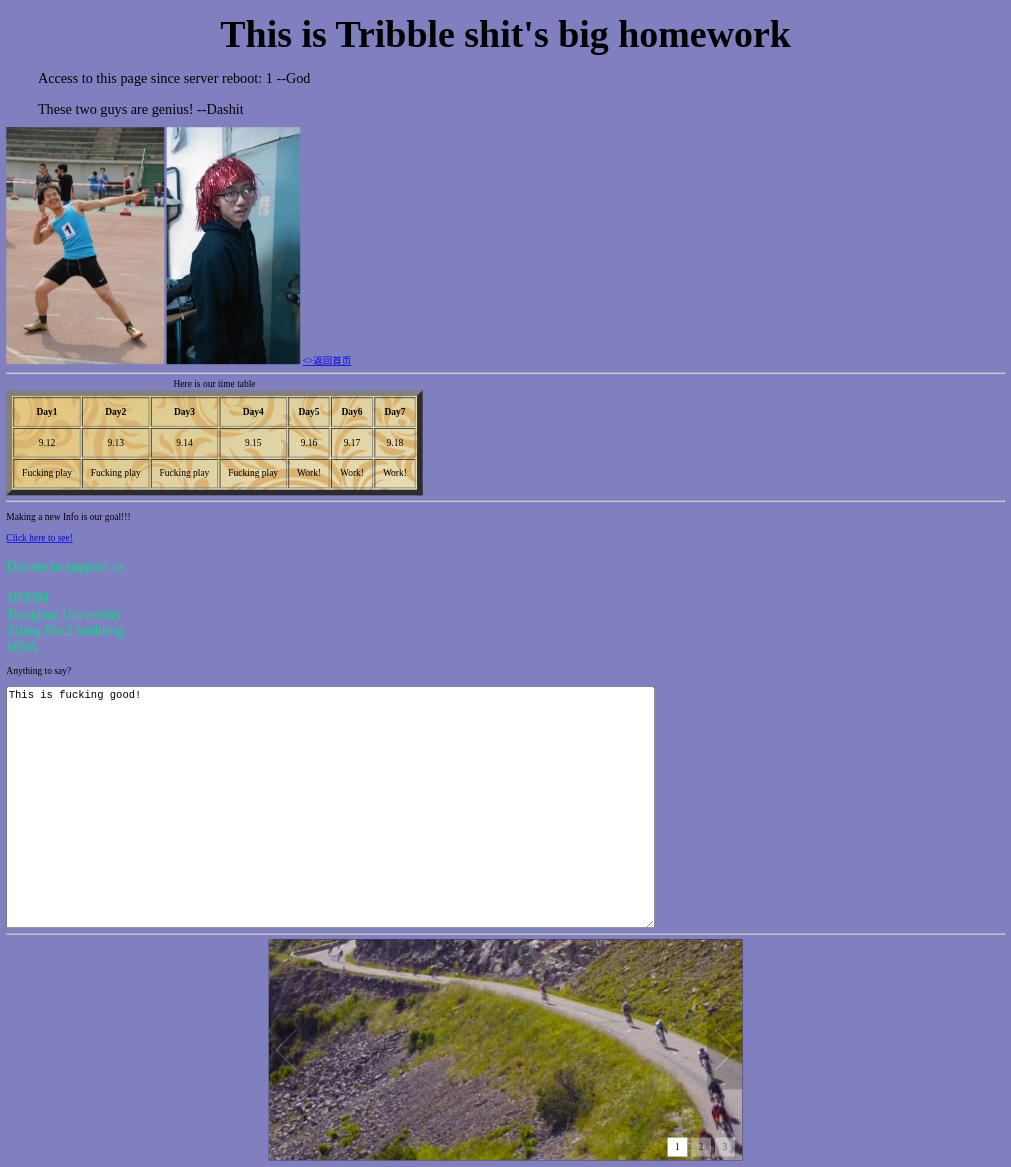
Repository: hbisheng/Academic-portal-website
Page: http://localhost/NewInfo/author.jsp
These files come from the project's save history. The page is drawn as it stood at one moment and after a run of saves; the edit follows.
The browser window is 1280 px wide. The pictures show the whole page, at 79% of full size.
The page is served by Tomcat 9.

Above is the page before, as saved 2014-09-14 09:06:39.

After the next 2 saves:
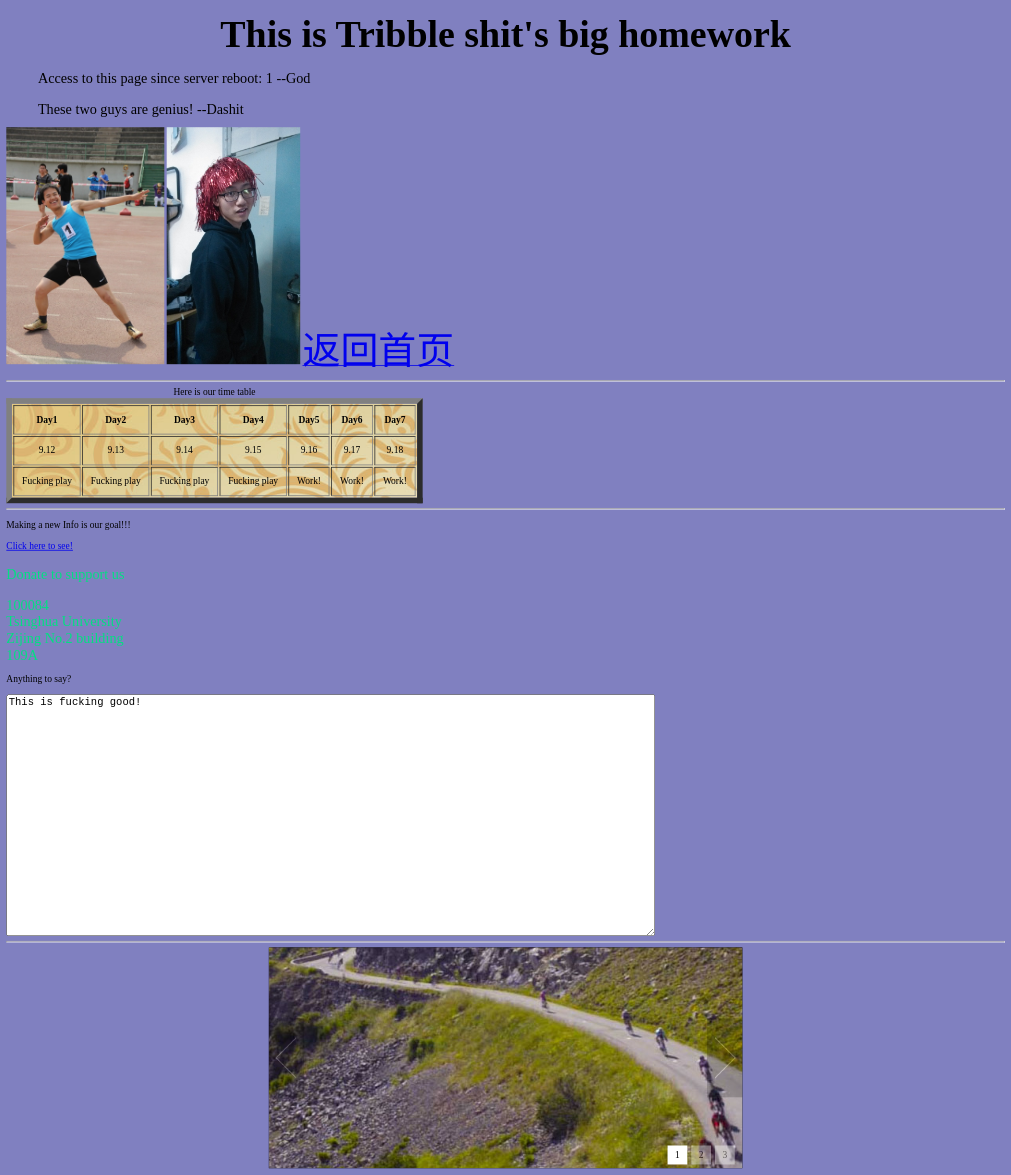
The 2 saves are shown as one change because they came seconds apart.
The last was saved 11 s later.
--- a/Java_info/NewInfo/WebContent/author.jsp
+++ b/Java_info/NewInfo/WebContent/author.jsp
@@ -47,7 +47,7 @@ These two guys are genius! --Dashit
 </blockquote>
 <a href="http://www.baidu.com"><img border= "0" src = "img/Bolt.jpg"  height = "300"></a>
 <a href="http://www.sina.com.cn"><img border= "0" src = "img/Double.jpg"  height = "300"></a>
-<a href="home.jsp"><>返回首页</a><br>
+<a href="home.jsp"><font size = 8 face ="微软雅黑" >返回首页</font></a><br>
 
 <hr><table border="7" cellpadding = "10" background = "img/silk_texture.jpg">
 <caption>Here is our time table</caption>
